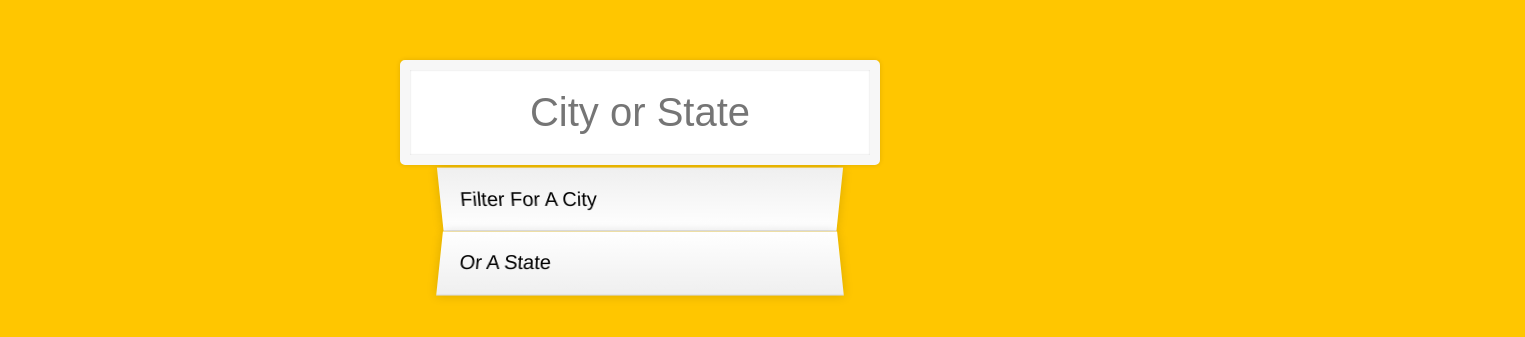
Repository: Saieebawake/Type-Ahead-City-or-State-Search
Page: index.html
The author's editor kept a copy of each file at every save. The page is drawn from the files as they stood at one save, then again after the next save.
The browser window is 1280 px wide. The page is 1280 px wide, then 1525 px, so the pictures cover 1525 px, including what lies to the right of the window. The pictures show the whole page.
The page's requests for data from a server got no answer.

Above is the page before, as saved 2026-09-27 20:47:28.

After the next save:
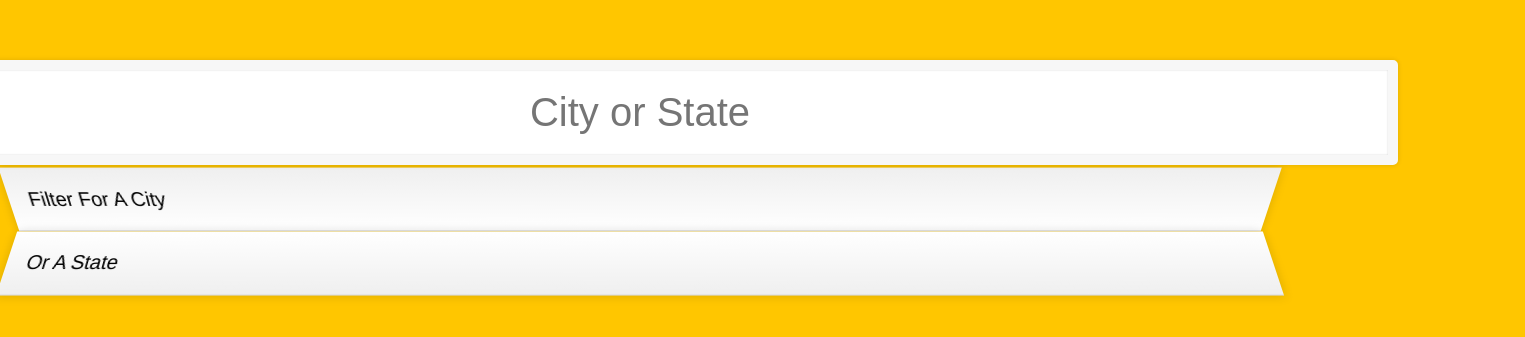
Saved 11 s later.
--- a/style.css
+++ b/style.css
@@ -16,7 +16,7 @@ input {
 }
 
 .search-form {
-    max-width: 400px;
+    max-width: px;
     margin: 50px auto;
 }
 
